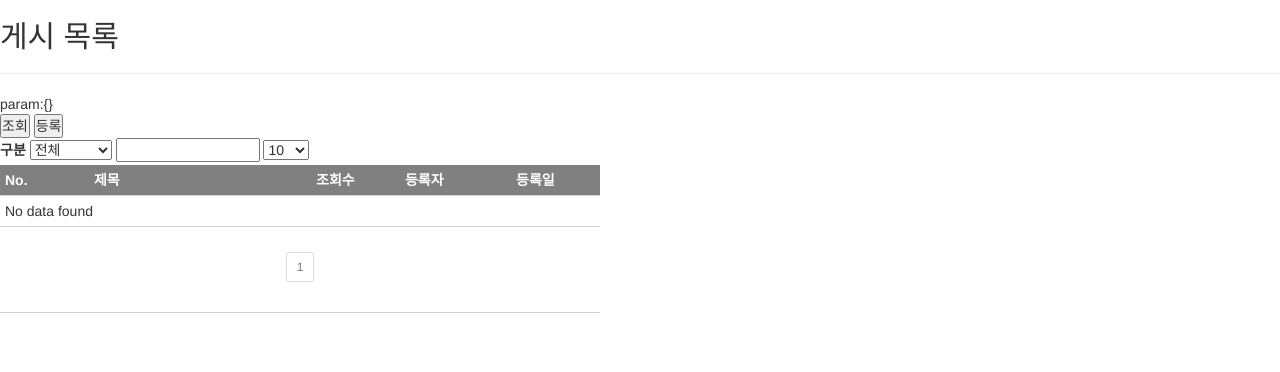
Repository: dongseon-git/WEB_JSP
Page: http://localhost/studyhtml5/board/board_list.jsp
An editor plug-in stored every save of this project. The page is shown before and after the next save, followed by the edit.
The browser window is 1280 px wide. The pictures show the whole page.
The page is served by Tomcat 9. Nobody is signed in. The application's start-up code is not run.

Above is the page before, as saved 2022-05-23 05:14:57.

After the next save:
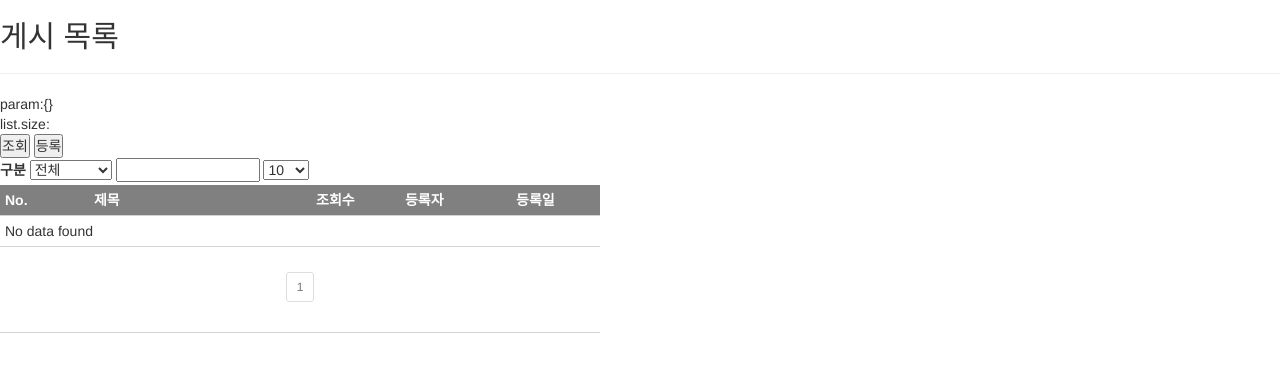
Saved 94 s later.
--- a/workspace/studyhtml5/WebContent/board/board_list.jsp
+++ b/workspace/studyhtml5/WebContent/board/board_list.jsp
@@ -122,8 +122,8 @@ th {
 <body>
   <h2>게시 목록</h2>
   <hr />
-  param:${param }
-
+  param:${param }<br/>
+  list.size:${list.size() }
   <div>
    <div>
      <input type="button" value="조회" onclick="doRetrieve();">
